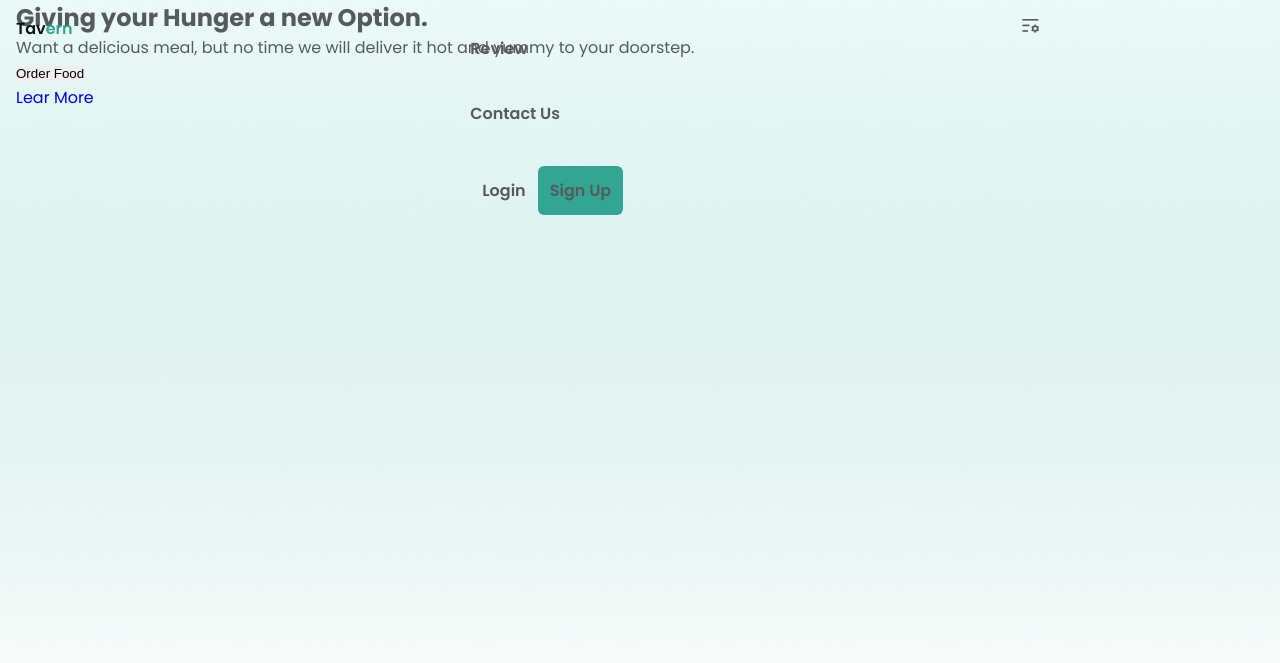
Repository: haokiet2501/tavern-restaurant-landing-page
Page: index.html
These files come from the project's save history. The page is drawn as it stood at one moment and after the next save; the edit follows.
The browser window is 1280 px wide. The pictures show the whole page.
The style sheet was rebuilt from its Sass, Less or Tailwind sources for each picture, by a compiler version that may differ from the author's.

Above is the page before, as saved 2022-07-01 16:02:37.

### index.html
<!DOCTYPE html>
<html lang="en">
<head>
    <meta charset="UTF-8">
    <meta http-equiv="X-UA-Compatible" content="IE=edge">
    <meta name="viewport" content="width=device-width, initial-scale=1.0">
    <link href="https://cdn.jsdelivr.net/npm/remixicon@2.5.0/fonts/remixicon.css" rel="stylesheet">
    <link
        rel="stylesheet"
        href="https://unpkg.com/swiper@8/swiper-bundle.min.css"
    />
    <link rel="stylesheet" href="sass/css/styles.css">
    <title>Restaurant Landing Page - Tavern</title>
</head>
<body>
    <header class="header" id="header">
        <nav class="nav container">
            <a href="#home" class="nav__logo">Tav<span>ern</span></a>

            <div class="nav__menu" id="nav-menu">
                <ul class="nav__list">
                    <li class="nav__item">
                        <a href="#home" class="nav__link active-link">Home</a>
                    </li>
                    <li class="nav__item">
                        <a href="#home" class="nav__link">About Us</a>
                    </li>
                    <li class="nav__item">
                        <a href="#menu" class="nav__link">Menu</a>
                    </li>
                    <li class="nav__item">
                        <a href="#review" class="nav__link">Review</a>
                    </li>
                    <li class="nav__item">
                        <a href="#contact" class="nav__link">Contact Us</a>
                    </li>

                    <div class="nav__mobile">
                        <a href="#login" class="nav__login">Login</a>
                        <a href="#signup" class="nav__signup">Sign Up</a>
                    </div>
                </ul>

                <i class="ri-close-line nav__close" id="nav-close"></i>
            </div>

            <div class="nav__toggle" id="nav-toggle">
                <i class="ri-list-settings-line"></i>
            </div>
        </nav>
    </header>

    <main class="main">
        <section class="home" id="home">
            <img src="imgs/Base.png" class="home__img" alt="">
            <div class="home__container container grid">
                <div class="home__layouts">
                    <div class="home__data">
                        <div class="home__heading">
                            <h2>Giving your Hunger a new Option.</h2>
                        </div>
                        <div class="home__subtext">
                            Want a delicious meal, but no time we will deliver it hot and yummy to your doorstep.
                        </div>
                        <div class="home__button">
                            <div class="home__order">
                                <button class="home__orderbtn">Order Food</button>
                            </div>

                            <a href="#" class="home__learmore">Lear More</a>
                        </div>
                    </div>
                </div>
            </div>
        </section>
    </main>

    <script src="js/scrollreveal.min.js"></script>
    <script src="https://unpkg.com/swiper@8/swiper-bundle.min.js"></script>
    <script src="js/app.js"></script>
</body>
</html>

### js/app.js
const navToggle = document.getElementById('nav-toggle'),
    navMenu = document.getElementById('nav-menu'),
    navClose = document.getElementById('nav-close');
if (navToggle) {
    navToggle.addEventListener('click', () => {
        navMenu.classList.add('show-menu')
    })
}

if (navClose) {
    navClose.addEventListener('click', () => {
        navMenu.classList.remove('show-menu')
    })
}

const navLink = document.querySelectorAll('.nav__link');

function linkAction() {
    const navMenu = document.getElementById('nav-menu')
    navMenu.classList.remove('show-menu')
}
navLink.forEach((n) => n.addEventListener('click', linkAction));

### sass/styles.scss
@import "./base/base";
@import "./main/main";

### sass/base/_base.scss
@import url('https://fonts.googleapis.com/css2?family=Poppins:wght@400;500;600;700;800;900&display=swap');

* {
    margin: 0;
    padding: 0;
    box-sizing: border-box;
}

:root {
    --header-height: 3.5rem;

    --body-font: 'Poppins', sans-serif;

    --bg-color: #FFFFFF;
    --title-color: #555B5A;
    --heading-color: #061210;
    --green-color: #33A593;

    --biggest-font-size: 2.25rem;
    --h1-font-size: 1.5rem;
    --h2-font-size: 1.25rem;
    --h3-font-size: 1rem;
    --normal-font-size: .938rem;
    --small-font-size: .813rem;
    --smaller-font-size: .75rem;

    --font-regular: 400;
    --font-medium: 500;
    --font-semi-bold: 600;
    --font-semi-big: 700;

    --z-tooltip: 10;
    --z-fixed: 100;
}

@media screen and (min-width: 1124px) {
    :root {
        --biggest-font-size: 4.5rem;
        --h1-font-size: 2.25rem;
        --h2-font-size: 1.5rem;
        --h3-font-size: 1.25rem;
        --normal-font-size: 1rem;
        --small-font-size: .875rem;
        --smaller-font-size: .813rem;
    }
}

body {
    font-family: var(--body-font);
    font-size: var(--normal-font-size);
    background-color: var(--bg-color);
    color: var(--title-color);
    transition: .4s;
}

html {
    scroll-behavior: smooth;
}

ul {
    list-style: none;
}

a {
    text-decoration: none;
}

img {
    max-width: 100%;
    height: auto;
}

button {
    border: none;
    cursor: pointer;
}

h1, h2, h3 {
    color: var(--title-color);
    font-weight: var(--font-semi-big);
}

.container {
    max-width: 1024px;
    margin-right: 1rem;
    margin-left: 1rem;
}

.grid {
    display: grid;
    gap: 1.5rem;
}

.section {
    padding: 4.5rem 0 2rem;
}

.section__title {
    font-size: var(--h1-font-size);
    text-align: center;
    margin-bottom: 3rem;
}

.main {
    overflow: hidden;
}

### sass/main/_main.scss
.header {
    width: 100%;
    position: fixed;
    top: 0;
    left: 0;
    z-index: var(--z-fixed);
    background: transparent;
}

.nav {
    height: var(--header-height);
    display: flex;
    justify-content: space-between;
    align-items: center;

    &__logo {
        font-weight: var(--font-semi-bold);
        color: var(--heading-color);
    }

    &__logo > span {
        color: var(--green-color);
    }

    &__toggle {
        font-size: 1.2rem;
        cursor: pointer;
        color: var(--title-color);
    }

    &__menu {
        position: relative;

        @media screen and (max-width: 767px) {
            position: fixed;
            background-color: var(--heading-color);
            top: 0;
            right: -100%;
            width: 70%;
            height: 100%;
            box-shadow: -1px 0 4px rgba(0, 0, 0, .15);
            padding: 3rem;
            transition: .4s;
        }
    }

    &__mobile {
        display: flex;
        justify-content: center;
        align-items: center;
    }

    &__mobile > a {
        padding: .75rem;
        cursor: pointer;
    }

    &__login, &__signup {
        font-weight: var(--font-semi-bold);
        color: var(--title-color);
    }

    &__signup {
        background-color: var(--green-color);
        border-radius: 6px;
    }

    &__list {
        display: flex;
        flex-direction: column;
        row-gap: 2.5rem;
    }

    &__link {
        color: var(--title-color);
        font-weight: var(--font-semi-bold);

        &:hover {
            color: var(--green-color);
        }
    }

    &__close {
        position: absolute;
        top: .75rem;
        right: 1rem;
        font-size: 1.5rem;
        color: var(--bg-color);
        cursor: pointer;
    }
}

.show-menu {
    right: 0;
}

.home {
    &__img {
        position: absolute;
        top: 0;
        left: 0;
        width: 100%;
        height: 100%;
    }
    &__container {
        position: relative;
        height: calc(100vh - var(--header-height));
        row-gap: 3rem;
        align-content: flex-start;
    }
}

Loaded but not shown: js/scrollreveal.min.js (library)

After the next save:
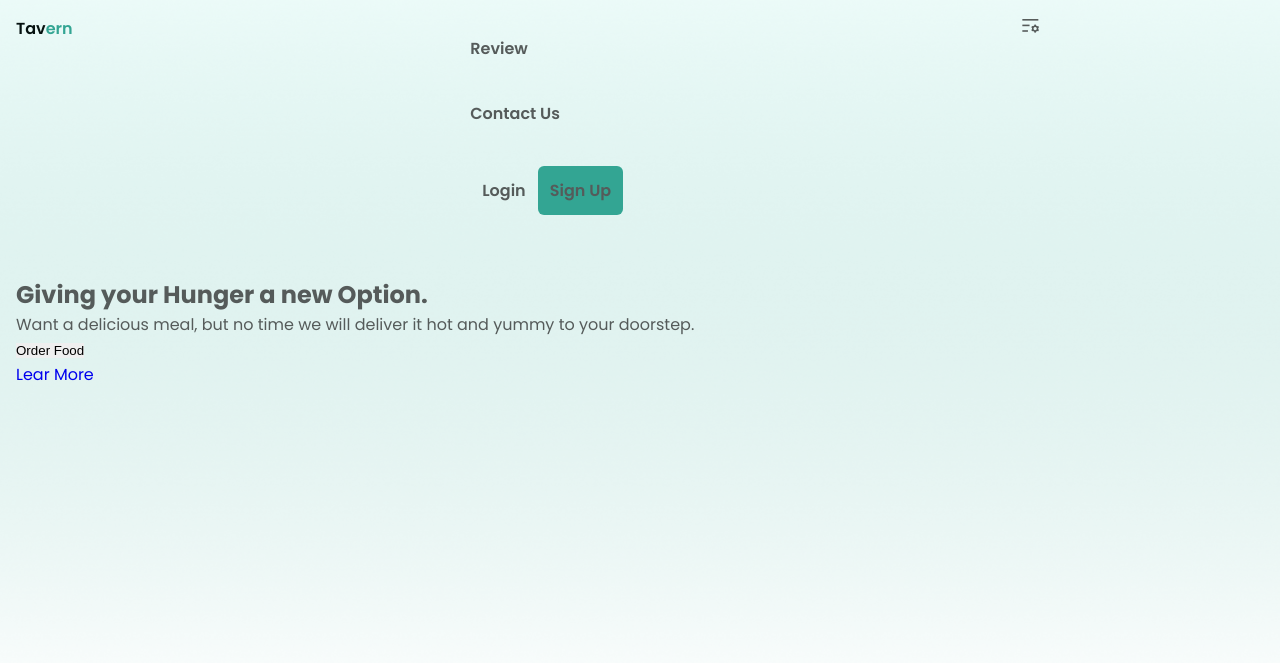
Saved 6 s later.
--- a/sass/main/_main.scss
+++ b/sass/main/_main.scss
@@ -106,6 +106,6 @@
         position: relative;
         height: calc(100vh - var(--header-height));
         row-gap: 3rem;
-        align-content: flex-start;
+        align-content: center;
     }
 }
